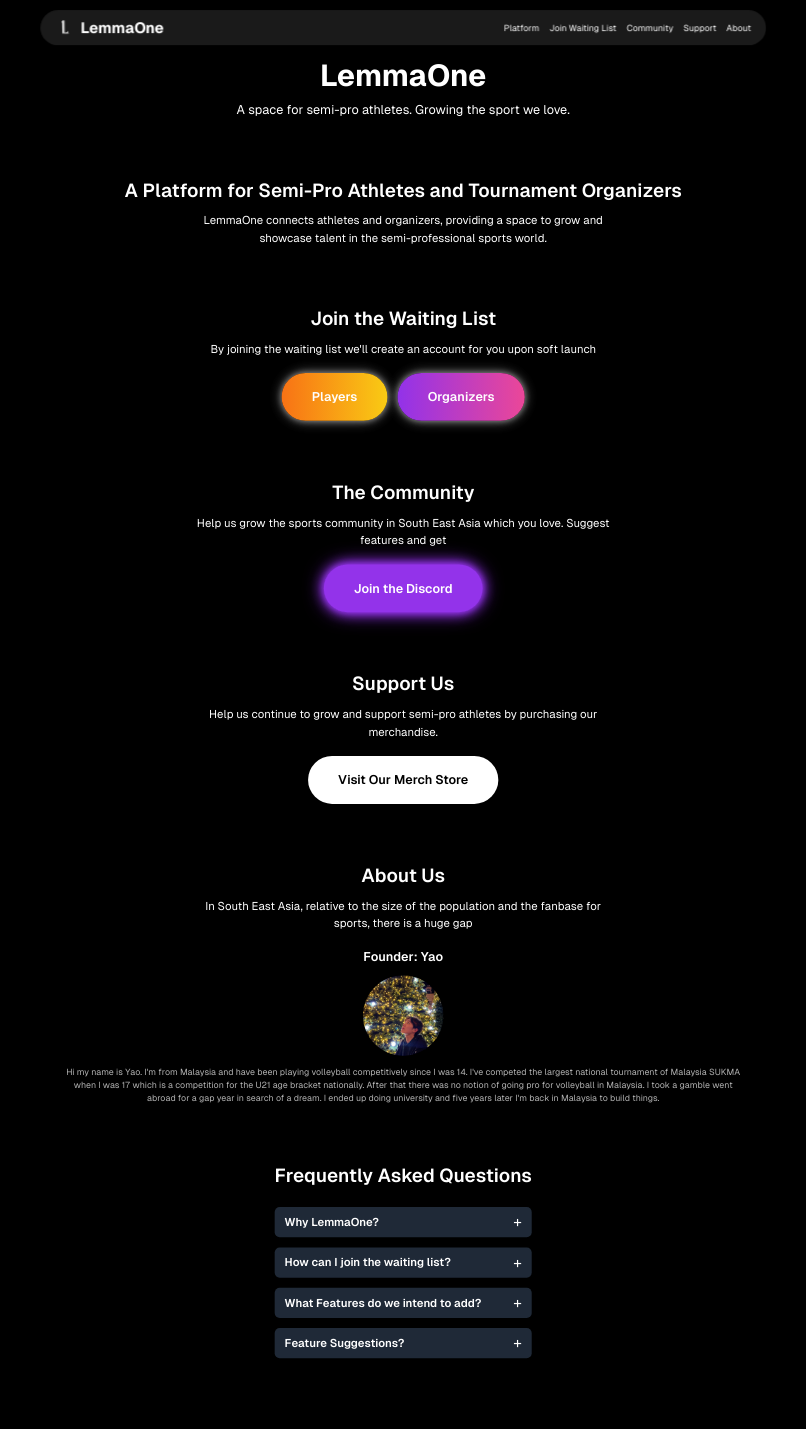
Repository: yao-creative/lemma-one-launch
Page: /
These files come from the project's save history. The page is drawn as it stood at one moment and after a run of saves; the edit follows.
The browser window is 1280 px wide. The pictures show the whole page, at 63% of full size.
The project was rebuilt for these pictures with package versions that can differ from the ones it lists, and the page was loaded fresh each time. The framework's server and built-in components were replaced by stand-ins that run in the browser. Also part of the build but not shown: next.config.js, next.config.mjs.

Above is the page before, as saved 2024-09-26 04:17:23.

After the next 11 saves:
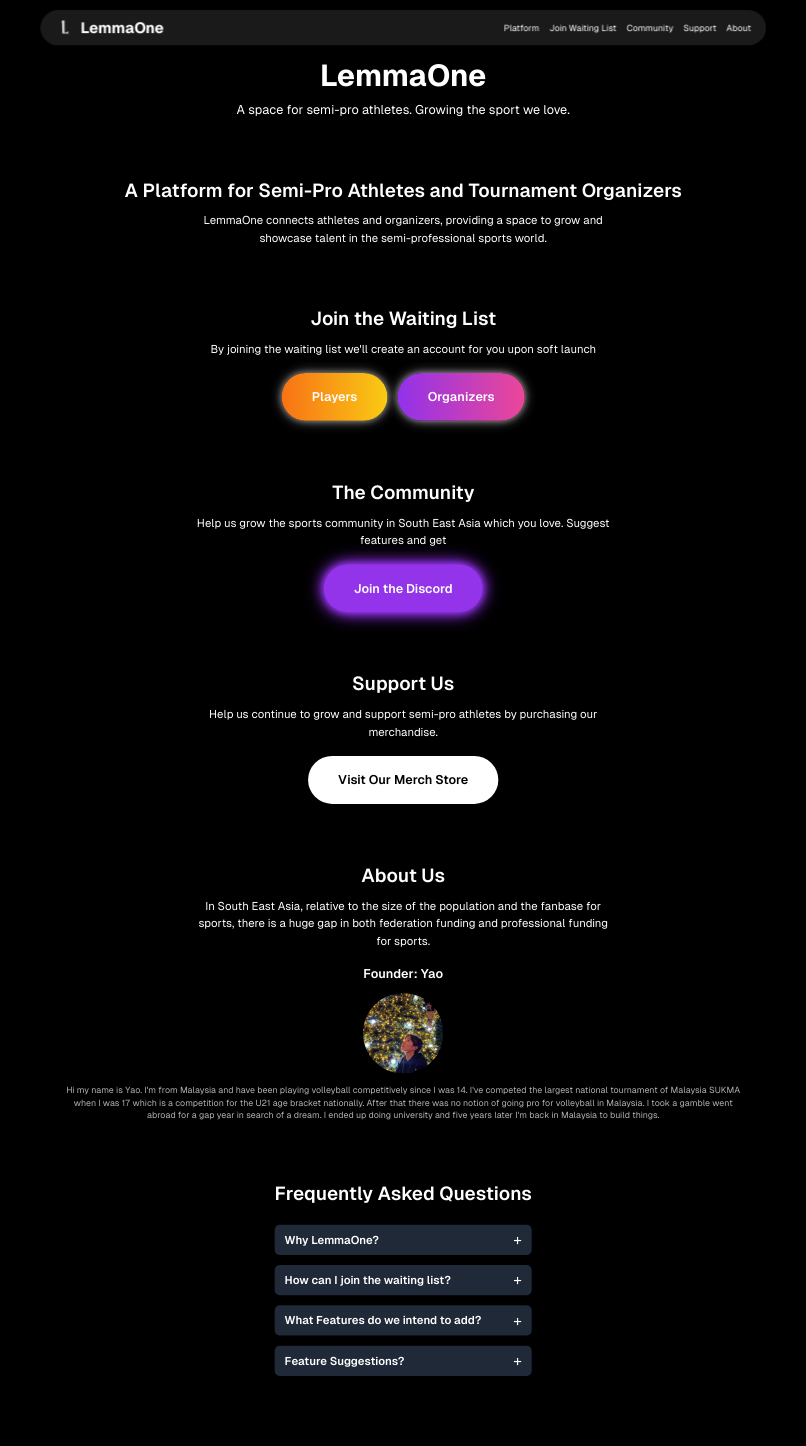
The 11 saves are shown as one change because they came seconds apart.
The last was saved 22 s later.
--- a/app/page.tsx
+++ b/app/page.tsx
@@ -125,7 +125,7 @@ export default function Home() {
         <section ref={aboutRef} className="text-center flex flex-col items-center">
           <h3 className="text-2xl md:text-3xl font-semibold font-nike mb-4">About Us</h3>
           <p className="text-base md:text-lg max-w-2xl">
-          In South East Asia, relative to the size of the population and the fanbase for sports, there is a huge gap
+          In South East Asia, relative to the size of the population and the fanbase for sports, there is a huge gap in both federation funding and professional funding for sports.
           </p>
           <div className="mt-6">
             <h3 className="text-xl font-semibold mb-4">Founder: Yao</h3>
